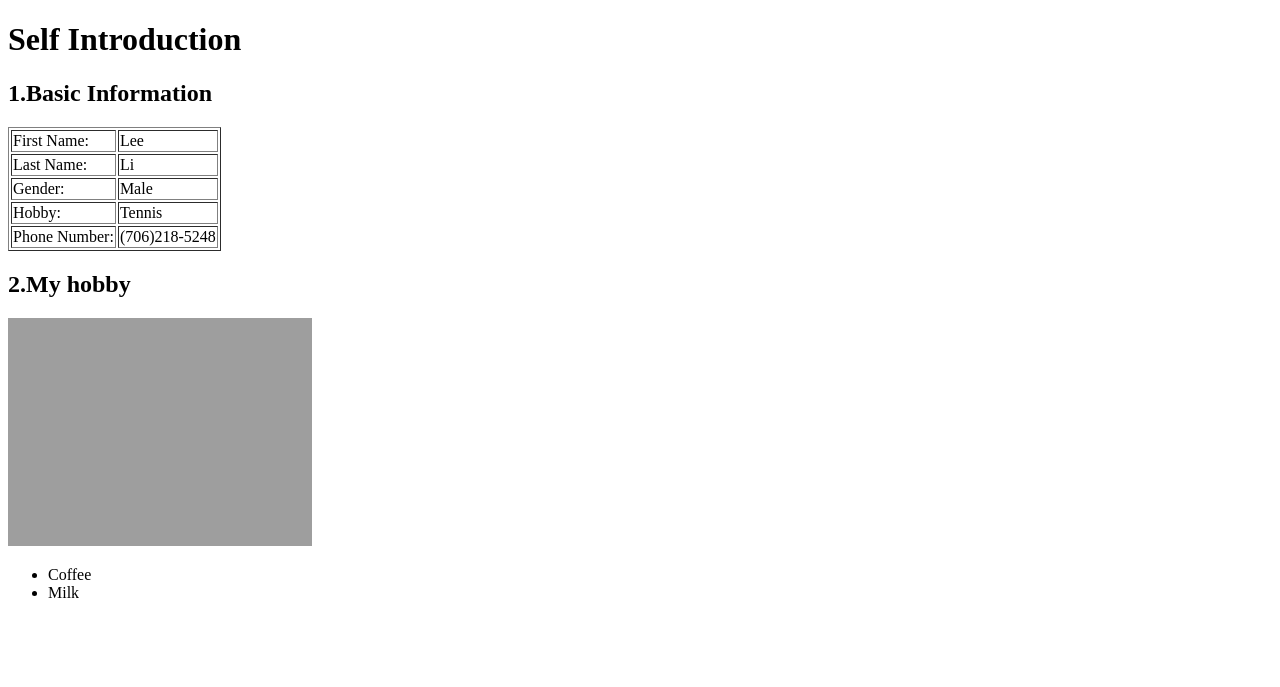
Repository: RigelLM/Java-Learning
Page: HomePage/public/Index.html
The author's editor kept a copy of each file at every save. The page is drawn from the files as they stood at one save, then again after the next save.
The browser window is 1280 px wide. The pictures show the whole page.
Pictures or frames that could not be fetched are drawn as grey boxes.

Above is the page before, as saved 2023-01-17 17:08:44.

### HomePage/public/Index.html
<?xml version="1.0" encoding="UTF-8" ?>
<!DOCTYPE html PUBLIC "-//W3C//DTD XHTML 1.0 Strict//EN" "http://www.w3.org/TR/xhtml1/DTD/xhtml1-strict.dtd">
<html xmlns="http://www.w3.org/1999/xhtml">
<head>
<meta http-equiv="Content-Type" content="text/html; charset=UTF-8" />



<title>Personal Information</title>
</head>
<body>
<h1>Self Introduction</h1>
<h2>1.Basic Information</h2>
<table border="1">
    <tr>
        <td>First Name:</td><td>Lee</td>
    </tr>
    <tr>
        <td>Last Name:</td><td>Li</td>
    </tr>
    <tr>
        <td>Gender:</td><td>Male</td>
    </tr>
    <tr>
        <td>Hobby:</td><td>Tennis</td>
    </tr>
    <tr>
        <td>Phone Number:</td><td>(706)218-5248</td>
    </tr>
</table>
<h2>2.My hobby</h2>
<img src="pulpit.jpg" alt="Pulpit rock" width="304" height="228">
<ul>
<li>Coffee</li>
<li>Milk</li>
</ul>
</body>
</html>

After the next save:
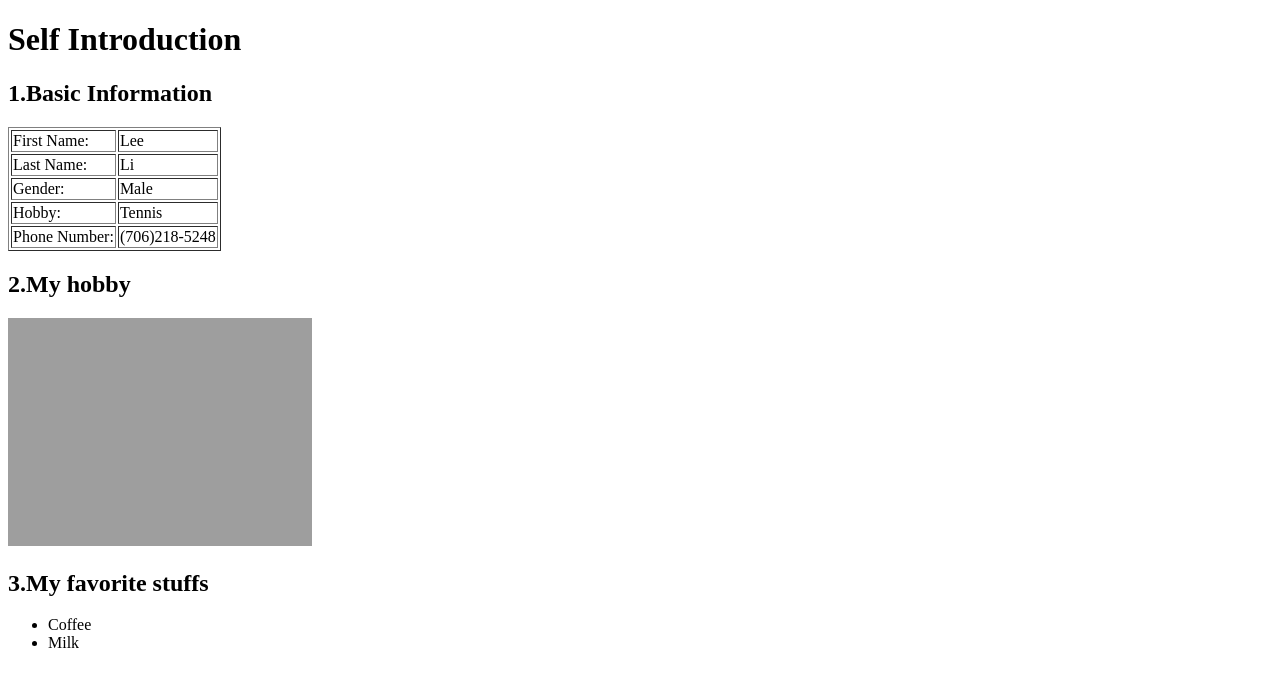
Saved 50 s later.
--- a/HomePage/public/Index.html
+++ b/HomePage/public/Index.html
@@ -30,6 +30,7 @@
 </table>
 <h2>2.My hobby</h2>
 <img src="pulpit.jpg" alt="Pulpit rock" width="304" height="228">
+<h2>3.My favorite stuffs</h2>
 <ul>
 <li>Coffee</li>
 <li>Milk</li>
